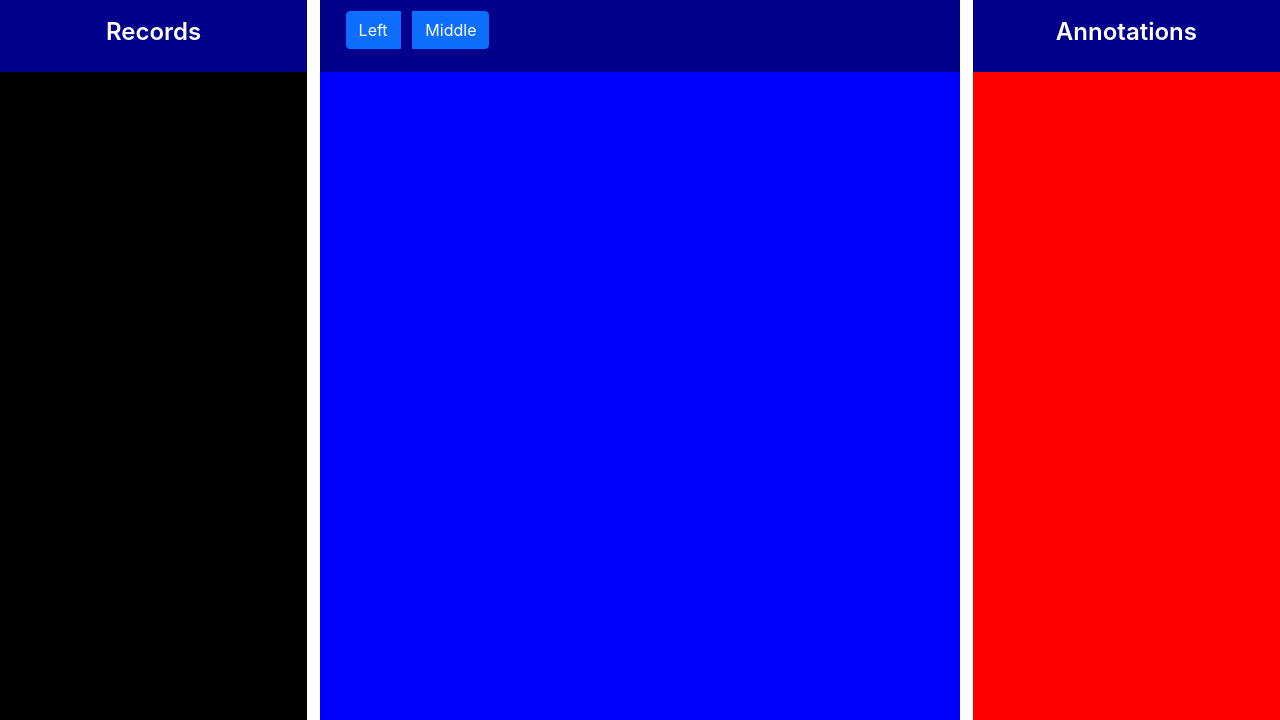
Repository: napan24/classforma_assignment
Page: / (app in client/)
These files come from the project's save history. The page is drawn as it stood at one moment and after the next save; the edit follows.
The browser window is 1280 px wide. The pictures show the whole page.
The project was rebuilt for these pictures with package versions that can differ from the ones it lists, and the page was loaded fresh each time. Also part of the build but not shown: client/src/App.css.

Above is the page before, as saved 2022-07-19 17:03:13.

### client/public/index.html
<!DOCTYPE html>
<html lang="en">
  <head>
    <meta charset="utf-8" />
    <link rel="icon" href="%PUBLIC_URL%/favicon.ico" />
    <meta name="viewport" content="width=device-width, initial-scale=1" />
    <meta name="theme-color" content="#000000" />
    <meta
      name="description"
      content="Web site created using create-react-app"
    />
    <link href="https://cdn.jsdelivr.net/npm/bootstrap@5.1.3/dist/css/bootstrap.min.css" rel="stylesheet" integrity="sha384-1BmE4kWBq78iYhFldvKuhfTAU6auU8tT94WrHftjDbrCEXSU1oBoqyl2QvZ6jIW3" crossorigin="anonymous">
    <link rel="apple-touch-icon" href="%PUBLIC_URL%/logo192.png" />
    <!--
      manifest.json provides metadata used when your web app is installed on a
      user's mobile device or desktop. See https://developers.google.com/web/fundamentals/web-app-manifest/
    -->
    <link rel="manifest" href="%PUBLIC_URL%/manifest.json" />
    <!--
      Notice the use of %PUBLIC_URL% in the tags above.
      It will be replaced with the URL of the `public` folder during the build.
      Only files inside the `public` folder can be referenced from the HTML.

      Unlike "/favicon.ico" or "favicon.ico", "%PUBLIC_URL%/favicon.ico" will
      work correctly both with client-side routing and a non-root public URL.
      Learn how to configure a non-root public URL by running `npm run build`.
    -->
    <title>React App</title>
  </head>
  <body>
    <noscript>You need to enable JavaScript to run this app.</noscript>
    <div id="root"></div>
    <!--
      This HTML file is a template.
      If you open it directly in the browser, you will see an empty page.

      You can add webfonts, meta tags, or analytics to this file.
      The build step will place the bundled scripts into the <body> tag.

      To begin the development, run `npm start` or `yarn start`.
      To create a production bundle, use `npm run build` or `yarn build`.
    -->
    <script src="https://cdn.jsdelivr.net/npm/bootstrap@5.1.3/dist/js/bootstrap.bundle.min.js" integrity="sha384-ka7Sk0Gln4gmtz2MlQnikT1wXgYsOg+OMhuP+IlRH9sENBO0LRn5q+8nbTov4+1p" crossorigin="anonymous"></script>
  </body>
</html>

### client/src/App.js
import logo from './logo.svg';
import './App.css';
import Home from './Home';

function App() {
  return (
    <>
      <Home></Home>
    </>
  );
}

export default App;

### client/src/Home.js
import React from 'react'

const Home = () => {
    return (
        <>
            <div style={{ display: 'flex', width: "100vw", height: "100vh" }}>
                <div style={{ width: "24vw", height: "100vh", backgroundColor: "black", marginRight: "1vw" }}>
                    <div style={{ width: "24vw", height: "10vh", backgroundColor: "#00008b", textAlign: 'center', fontSize: '150%', color: "white", fontWeight: "600", position: "fixed" }}>
                        <p style={{ marginTop: "2vh" }}>
                            Records
                        </p>
                    </div>
                    <div>

                    </div>
                </div>
                <div style={{ width: "50vw", height: "100vh", backgroundColor: "blue", marginRight: "1vw" }}>
                    <div style={{ width: "50vw", height: "10vh", backgroundColor: "#00008b" }}>
                        <div class="btn-group" style={{marginTop:"1.5vh",marginLeft:"2vw"}}>
                            <button type="button" class="btn btn-primary" style={{marginRight:"1vw"}}>Left</button>
                            <button type="button" class="btn btn-primary">Middle</button>
                        </div>
                    </div>
                    <div>

                    </div>
                </div>
                <div style={{ width: "24vw", height: "100vh", backgroundColor: "red" }}>
                    <div style={{ width: "24vw", height: "10vh", backgroundColor: "#00008b", textAlign: 'center', fontSize: '150%', color: "white", fontWeight: "600", position: "fixed" }}>
                        <p style={{ marginTop: "2vh" }}>
                            Annotations
                        </p>
                    </div>
                    <div>

                    </div>
                </div>
            </div>
        </>
    )
}

export default Home

Loaded but not shown: client/src/index.js (common file); client/src/index.css (common file); client/src/reportWebVitals.js (common file)

After the next save:
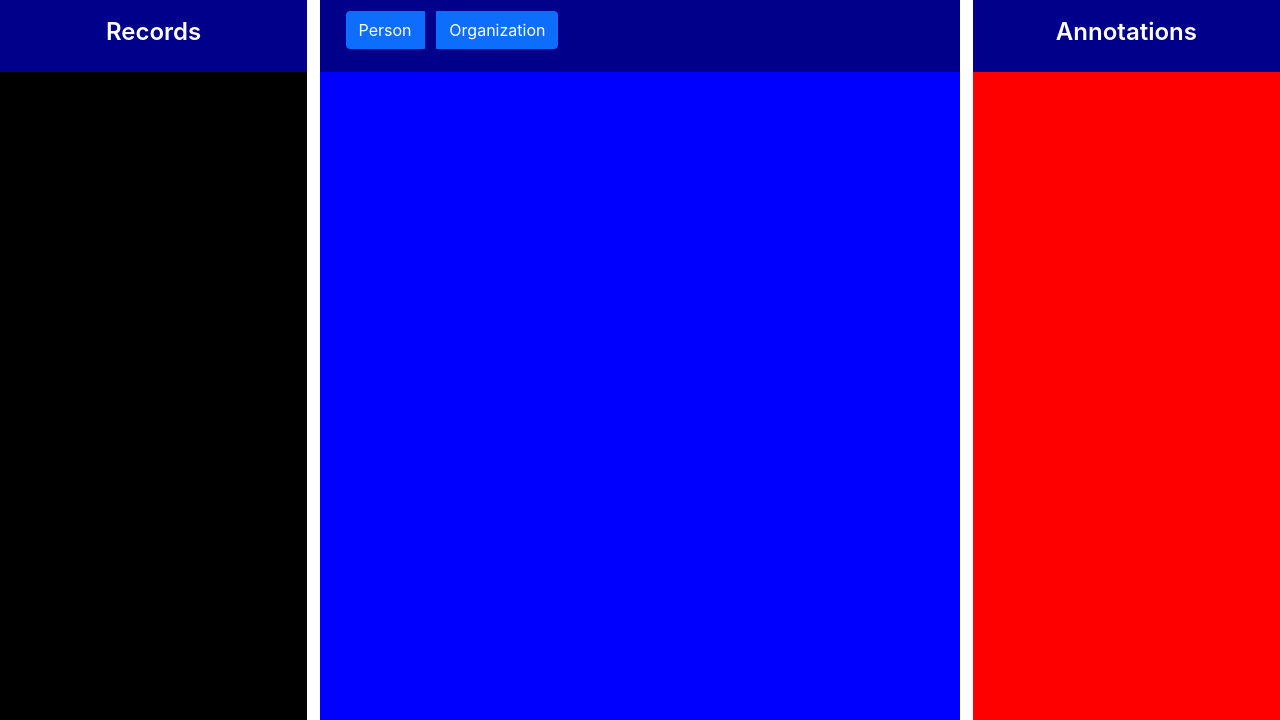
Saved 20 s later.
--- a/client/src/Home.js
+++ b/client/src/Home.js
@@ -17,8 +17,8 @@ const Home = () => {
                 <div style={{ width: "50vw", height: "100vh", backgroundColor: "blue", marginRight: "1vw" }}>
                     <div style={{ width: "50vw", height: "10vh", backgroundColor: "#00008b" }}>
                         <div class="btn-group" style={{marginTop:"1.5vh",marginLeft:"2vw"}}>
-                            <button type="button" class="btn btn-primary" style={{marginRight:"1vw"}}>Left</button>
-                            <button type="button" class="btn btn-primary">Middle</button>
+                            <button type="button" class="btn btn-primary" style={{marginRight:"1vw"}}>Person</button>
+                            <button type="button" class="btn btn-primary">Organization</button>
                         </div>
                     </div>
                     <div>
